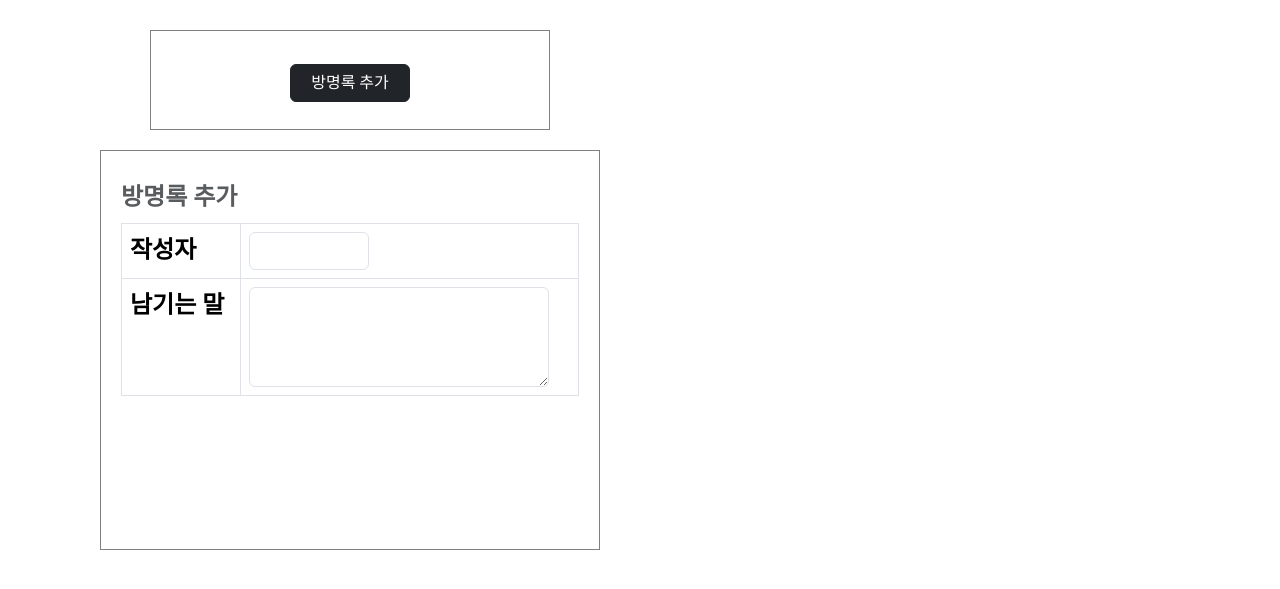
Repository: jini8293/Sist_04
Page: jspwork/jspProject/src/main/webapp/ajaxMyWorld/myWorld.html
The author's editor kept a copy of each file at every save. The page is drawn from the files as they stood at one save, then again after the next save.
The browser window is 1280 px wide. The pictures show the whole page.
Some web fonts or font styles are not loaded; a fallback is used.

Above is the page before, as saved 2024-03-07 05:21:38.

### jspwork/jspProject/src/main/webapp/ajaxMyWorld/myWorld.html
<!DOCTYPE html>
<html>
<head>
<meta charset="UTF-8">
<link
	href="https://fonts.googleapis.com/css2?family=Black+Han+Sans&family=Gowun+Dodum&family=IBM+Plex+Sans+KR&display=swap"
	rel="stylesheet">
<link
	href="https://cdn.jsdelivr.net/npm/bootstrap@5.3.2/dist/css/bootstrap.min.css"
	rel="stylesheet">
<script src="https://code.jquery.com/jquery-3.7.0.js"></script>
<title>Insert title here</title>
<style type="text/css">
div.hello {
	position: absolute;
	border: 1px solid gray;
	font-family: Gowun Dodum;
	font-size: 1.5em;
}

div.button {
	left: 150px;
	top: 30px;
	width: 400px;
	height: 100px;
	line-height: 100px;
	text-align: center;
}

div.addform{
	left: 100px;
	top: 150px;
	width: 500px;
	height: 400px;
	padding: 20px 20px;
}
</style>
</head>
<body>
	<div class="hello button">
		<button type="button" class="btn btn-dark" id="btnadd"
			style="width: 120px;">방명록 추가</button>
	</div>

	<div class="hello addform">
		<form id="addfrm">
			<table class="table table-bordered">
				<caption align="top">
					<b>방명록 추가</b>
				</caption>
				<tr>
					<th>작성자</th>
					<td><input type="text" class="form-control input-sm"
						name="writer" id="writer" style="width: 120px;"></td>
				</tr>
				<tr>
					<th>남기는 말</th>
					<td>
						<textarea style="width: 300px; height: 100px" class="form-control"></textarea>
					</td>
				</tr>
			</table>
		</form>
	</div>

</body>
</html>

After the next save:
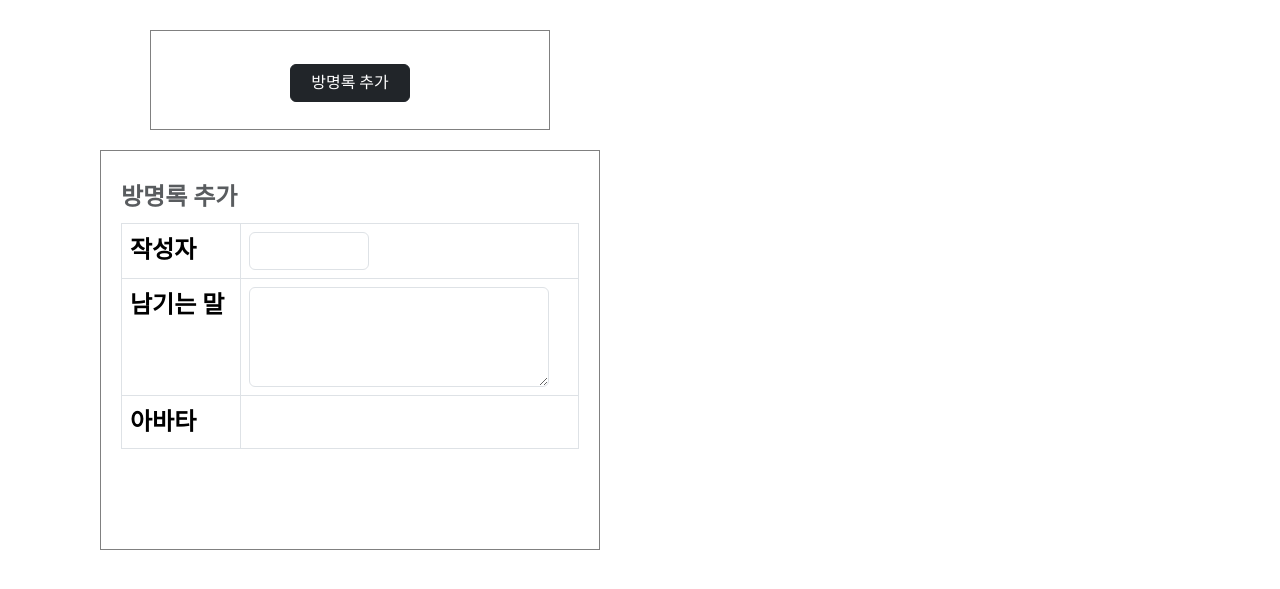
Saved 3 min 46 s later.
--- a/jspwork/jspProject/src/main/webapp/ajaxMyWorld/myWorld.html
+++ b/jspwork/jspProject/src/main/webapp/ajaxMyWorld/myWorld.html
@@ -27,7 +27,7 @@
 	text-align: center;
 }
 
-div.addform{
+div.addform {
 	left: 100px;
 	top: 150px;
 	width: 500px;
@@ -55,8 +55,15 @@
 				</tr>
 				<tr>
 					<th>남기는 말</th>
-					<td>
-						<textarea style="width: 300px; height: 100px" class="form-control"></textarea>
+					<td><textarea style="width: 300px; height: 100px"
+							class="form-control" name="content" id="content"></textarea></td>
+				</tr>
+				<tr>
+					<th>아바타</th>
+					<td><input type="hidden" name="avata" id="avata">
+					<script type="text/javascript">
+
+					</script>
 					</td>
 				</tr>
 			</table>
